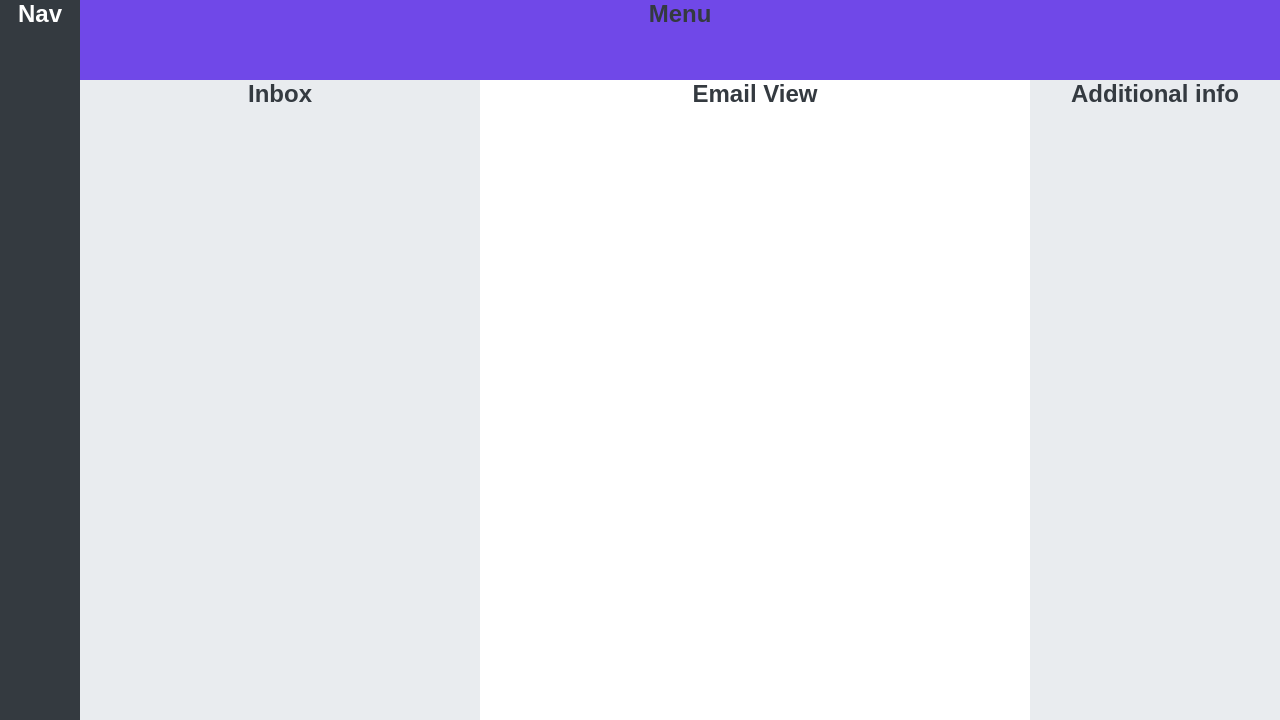
Repository: sunny070/CSS
Page: HTML and CSS some of the important components/06_app-layout.html
An editor plug-in stored every save of this project. The page is shown before and after the next save, followed by the edit.
The browser window is 1280 px wide. The pictures show the whole page.

Above is the page before, as saved 2023-11-17 13:55:20.

### HTML and CSS some of the important components/06_app-layout.html
<!DOCTYPE html>
<html lang="en">
<head>
    <meta charset="UTF-8">
    <meta name="viewport" content="width=device-width, initial-scale=1.0">
    <title>App Layout</title>
    <style>
        *{
            margin: 0;
            padding: 0;
            box-sizing: border-box;
        }
        body{
            font-family: sans-serif;
            color:#343a40;
            font-size: 24px;
            height: 100vh;
            text-align: center;
            font-weight:bold;
            display: grid;
            grid-template-columns: 80px 400px 1fr 250px;
            grid-template-rows: 80px 1fr;
        }
        nav{
            background-color:#343a40 ;
            color:#fff;
            grid-row: 1/-1;
        }
        menu{
            background-color:#7048e8;
            grid-column: 2/-1;
        }
        section{
            background-color:#e9ecef;
        }
        aside{
            background-color:#e9ecef;
        }
    </style>
</head>
<body>
    <nav>Nav</nav>
    <menu>Menu</menu>
    <section>Inbox</section>
    <main>Email View</main>
    <aside>Additional info</aside>
</body>
</html>

After the next save:
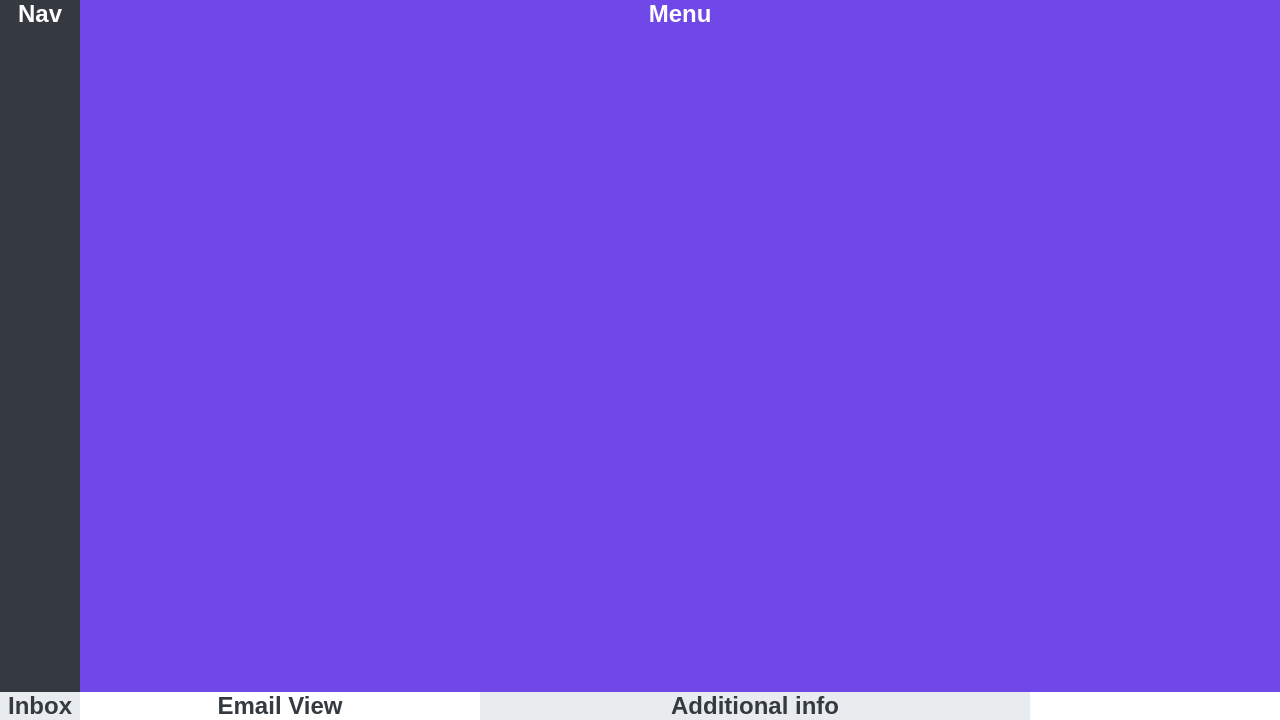
Saved 11 s later.
--- a/HTML and CSS some of the important components/06_app-layout.html
+++ b/HTML and CSS some of the important components/06_app-layout.html
@@ -21,6 +21,7 @@
             grid-template-columns: 80px 400px 1fr 250px;
             grid-template-rows: 80px 1fr;
         }
+        nav,menu,section
         nav{
             background-color:#343a40 ;
             color:#fff;
